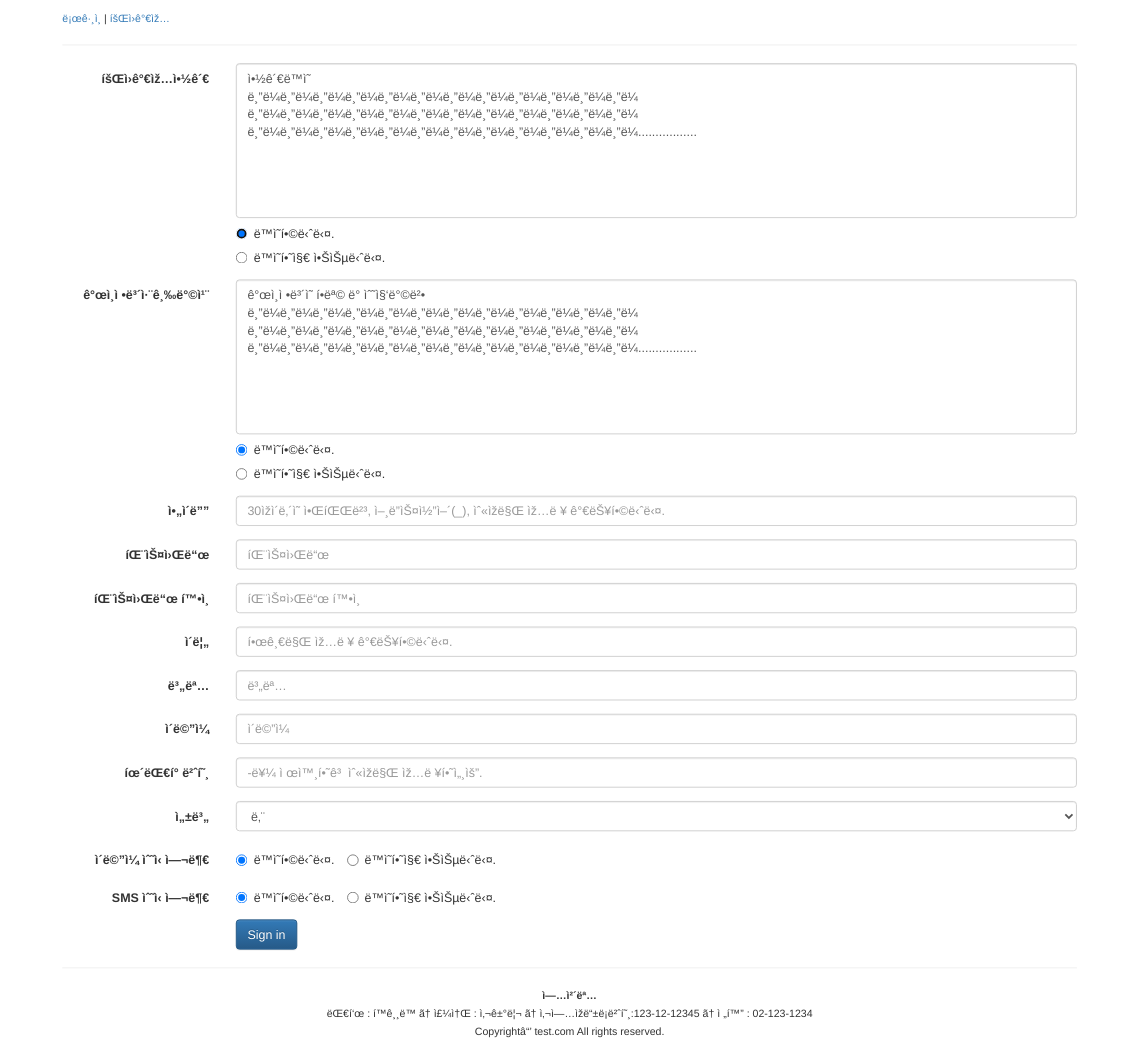
Repository: dlarnjsdud46/web_project
Page: http://localhost/web_project/WEB-INF/jsp/egovframework/example/join/join.jsp
The author's editor kept a copy of each file at every save. The page is drawn from the files as they stood at one save, then again after the next save.
The browser window is 1280 px wide. The pictures show the whole page, at 89% of full size.
The page is served by Tomcat 9. Nobody is signed in. Other server files are loaded and not shown. The template is opened directly, without the code that normally fills it, so the values that code supplies are empty.

Above is the page before, as saved 2021-08-17 08:47:54.

### workspace/web_project/src/main/webapp/WEB-INF/jsp/egovframework/example/join/join.jsp
<!DOCTYPE html>
<html lang="ko">
    <head>
        <meta charset="utf-8">
        <!-- meta name="viewport" content="width=device-width, initial-scale=1.0, minimum-scale=1.0, maximum-scale=1.0, user-scalable=0"/ -->
        <meta name="viewport" content="width=device-width, initial-scale=1.0">
        <title>회원가입</title>
        <!-- Bootstrap -->
        <!-- 합쳐지고 최소화된 최신 CSS -->
		<link rel="stylesheet" href="https://maxcdn.bootstrapcdn.com/bootstrap/3.3.2/css/bootstrap.min.css">
		<link href="/resources/image/icon/HalfLife.ico" rel="shortcuticon">
		<!-- 부가적인 테마 -->
		<link rel="stylesheet" href="https://maxcdn.bootstrapcdn.com/bootstrap/3.3.2/css/bootstrap-theme.min.css">
		<!-- jQuery (부트스트랩의 자바스크립트 플러그인을 위해 필요한) -->
        <script src="http://code.jquery.com/jquery.js"></script>
		<!-- 합쳐지고 최소화된 최신 자바스크립트 -->
		<script src="https://maxcdn.bootstrapcdn.com/bootstrap/3.3.2/js/bootstrap.min.js"></script>
    </head>
    <body>
        <div class="container"><!-- 좌우측의 공간 확보 -->
            <!-- 헤더 들어가는 부분 -->

            <div class="row">
                <p></p>
                <div class="col-md-12">
                    <small>
                    <a href="#">로그인</a> | <a href="#">회원가입</a>
                    </small>
                </div>
            </div>
            <!--// 헤더 들어가는 부분 -->
            <!-- 모달창 -->
            <div class="modal fade" id="defaultModal">
                <div class="modal-dialog">
                    <div class="modal-content">
                        <div class="modal-header">
                            <button type="button" class="close" data-dismiss="modal" aria-hidden="true">×</button>
                            <h4 class="modal-title">알림</h4>
                        </div>
                        <div class="modal-body">
                            <p class="modal-contents"></p>
                        </div>
                        <div class="modal-footer">
                            <button type="button" class="btn btn-default" data-dismiss="modal">닫기</button>
                        </div>
                    </div><!-- /.modal-content -->
                </div><!-- /.modal-dialog -->
            </div><!-- /.modal -->
            <!--// 모달창 -->
            <hr/>
            <!-- 본문 들어가는 부분 -->



            <form class="form-horizontal" role="form" method="post" action="javascript:alert( 'success!' );">
                <div class="form-group">
                    <label for="provision" class="col-lg-2 control-label">회원가입약관</label>
                    <div class="col-lg-10" id="provision">
                        <textarea class="form-control" rows="8" style="resize:none">약관동의
블라블라블라블라블라블라블라블라블라블라블라블라
블라블라블라블라블라블라블라블라블라블라블라블라
블라블라블라블라블라블라블라블라블라블라블라블라.................
                        </textarea>
                        <div class="radio">
                            <label>
                                <input type="radio" id="provisionYn" name="provisionYn" value="Y" autofocus="autofocus" checked>
                                동의합니다.
                            </label>
                        </div>
                        <div class="radio">
                            <label>
                                <input type="radio" id="provisionYn" name="provisionYn" value="N">
                                동의하지 않습니다.
                            </label>
                        </div>
                    </div>
                </div>
                <div class="form-group">
                    <label for="memberInfo" class="col-lg-2 control-label">개인정보취급방침</label>
                    <div class="col-lg-10" id="memberInfo">
                        <textarea class="form-control" rows="8" style="resize:none">개인정보의 항목 및 수집방법
블라블라블라블라블라블라블라블라블라블라블라블라
블라블라블라블라블라블라블라블라블라블라블라블라
블라블라블라블라블라블라블라블라블라블라블라블라.................
                        </textarea>
                        <div class="radio">
                            <label>
                                <input type="radio" id="memberInfoYn" name="memberInfoYn" value="Y" checked>
                                동의합니다.
                            </label>
                        </div>
                        <div class="radio">
                            <label>
                                <input type="radio" id="memberInfoYn" name="memberInfoYn" value="N">
                                동의하지 않습니다.
                            </label>
                        </div>
                    </div>
                </div>
                <div class="form-group" id="divId">
                    <label for="inputId" class="col-lg-2 control-label">아이디</label>
                    <div class="col-lg-10">
                        <input type="text" class="form-control onlyAlphabetAndNumber" id="id" data-rule-required="true" placeholder="30자이내의 알파벳, 언더스코어(_), 숫자만 입력 가능합니다." maxlength="30">
                    </div>
                </div>
                <div class="form-group" id="divPassword">
                    <label for="inputPassword" class="col-lg-2 control-label">패스워드</label>
                    <div class="col-lg-10">
                        <input type="password" class="form-control" id="password" name="excludeHangul" data-rule-required="true" placeholder="패스워드" maxlength="30">
                    </div>
                </div>
                <div class="form-group" id="divPasswordCheck">
                    <label for="inputPasswordCheck" class="col-lg-2 control-label">패스워드 확인</label>
                    <div class="col-lg-10">
                        <input type="password" class="form-control" id="passwordCheck" data-rule-required="true" placeholder="패스워드 확인" maxlength="30">
                    </div>
                </div>
                <div class="form-group" id="divName">
                    <label for="inputName" class="col-lg-2 control-label">이름</label>
                    <div class="col-lg-10">
                        <input type="text" class="form-control onlyHangul" id="name" data-rule-required="true" placeholder="한글만 입력 가능합니다." maxlength="15">
                    </div>
                </div>

                <div class="form-group" id="divNickname">
                    <label for="inputNickname" class="col-lg-2 control-label">별명</label>
                    <div class="col-lg-10">
                        <input type="text" class="form-control" id="nickname" data-rule-required="true" placeholder="별명" maxlength="15">
                    </div>
                </div>

                <div class="form-group" id="divEmail">
                    <label for="inputEmail" class="col-lg-2 control-label">이메일</label>
                    <div class="col-lg-10">
                        <input type="email" class="form-control" id="email" data-rule-required="true" placeholder="이메일" maxlength="40">
                    </div>
                </div>
                <div class="form-group" id="divPhoneNumber">
                    <label for="inputPhoneNumber" class="col-lg-2 control-label">휴대폰 번호</label>
                    <div class="col-lg-10">
                        <input type="tel" class="form-control onlyNumber" id="phoneNumber" data-rule-required="true" placeholder="-를 제외하고 숫자만 입력하세요." maxlength="11">
                    </div>
                </div>
                <div class="form-group">
                    <label for="inputPhoneNumber" class="col-lg-2 control-label">성별</label>
                    <div class="col-lg-10">
                        <select class="form-control" id="gender">
                            <option value="M">남</option>
                            <option value="F">여</option>
                        </select>
                    </div>
                </div>
                <div class="form-group">
                    <label for="inputEmailReceiveYn" class="col-lg-2 control-label">이메일 수신여부</label>
                    <div class="col-lg-10">
                        <label class="radio-inline">
                            <input type="radio" id="emailReceiveYn" name="emailReceiveYn" value="Y" checked> 동의합니다.
                        </label>
                        <label class="radio-inline">
                            <input type="radio" id="emailReceiveYn" name="emailReceiveYn" value="N"> 동의하지 않습니다.
                        </label>
                    </div>
                </div>
                <div class="form-group">
                    <label for="inputPhoneNumber" class="col-lg-2 control-label">SMS 수신여부</label>
                    <div class="col-lg-10">
                        <label class="radio-inline">
                            <input type="radio" id="smsReceiveYn" name="smsReceiveYn" value="Y" checked> 동의합니다.
                        </label>
                        <label class="radio-inline">
                            <input type="radio" id="smsReceiveYn" name="smsReceiveYn" value="N"> 동의하지 않습니다.
                        </label>
                    </div>
                </div>
                <div class="form-group">
                    <div class="col-lg-offset-2 col-lg-10">
                        <button type="submit" class="btn btn-primary">Sign in</button>
                    </div>
                </div>
            </form>


        <script>

            $(function(){
                //모달을 전역변수로 선언
                var modalContents = $(".modal-contents");
                var modal = $("#defaultModal");

                $('.onlyAlphabetAndNumber').keyup(function(event){
                    if (!(event.keyCode >=37 && event.keyCode<=40)) {
                        var inputVal = $(this).val();
                        $(this).val($(this).val().replace(/[^_a-z0-9]/gi,'')); //_(underscore), 영어, 숫자만 가능
                    }
                });

                $(".onlyHangul").keyup(function(event){
                    if (!(event.keyCode >=37 && event.keyCode<=40)) {
                        var inputVal = $(this).val();
                        $(this).val(inputVal.replace(/[a-z0-9]/gi,''));
                    }
                });

                $(".onlyNumber").keyup(function(event){
                    if (!(event.keyCode >=37 && event.keyCode<=40)) {
                        var inputVal = $(this).val();
                        $(this).val(inputVal.replace(/[^0-9]/gi,''));
                    }
                });

                //------- 검사하여 상태를 class에 적용
                $('#id').keyup(function(event){

                    var divId = $('#divId');

                    if($('#id').val()==""){
                        divId.removeClass("has-success");
                        divId.addClass("has-error");
                    }else{
                        divId.removeClass("has-error");
                        divId.addClass("has-success");
                    }
                });

                $('#password').keyup(function(event){

                    var divPassword = $('#divPassword');

                    if($('#password').val()==""){
                        divPassword.removeClass("has-success");
                        divPassword.addClass("has-error");
                    }else{
                        divPassword.removeClass("has-error");
                        divPassword.addClass("has-success");
                    }
                });

                $('#passwordCheck').keyup(function(event){

                    var passwordCheck = $('#passwordCheck').val();
                    var password = $('#password').val();
                    var divPasswordCheck = $('#divPasswordCheck');

                    if((passwordCheck=="") || (password!=passwordCheck)){
                        divPasswordCheck.removeClass("has-success");
                        divPasswordCheck.addClass("has-error");
                    }else{
                        divPasswordCheck.removeClass("has-error");
                        divPasswordCheck.addClass("has-success");
                    }
                });

                $('#name').keyup(function(event){

                    var divName = $('#divName');

                    if($.trim($('#name').val())==""){
                        divName.removeClass("has-success");
                        divName.addClass("has-error");
                    }else{
                        divName.removeClass("has-error");
                        divName.addClass("has-success");
                    }
                });

                $('#nickname').keyup(function(event){

                    var divNickname = $('#divNickname');

                    if($.trim($('#nickname').val())==""){
                        divNickname.removeClass("has-success");
                        divNickname.addClass("has-error");
                    }else{
                        divNickname.removeClass("has-error");
                        divNickname.addClass("has-success");
                    }
                });

                $('#email').keyup(function(event){

                    var divEmail = $('#divEmail');

                    if($.trim($('#email').val())==""){
                        divEmail.removeClass("has-success");
                        divEmail.addClass("has-error");
                    }else{
                        divEmail.removeClass("has-error");
                        divEmail.addClass("has-success");
                    }
                });

                $('#phoneNumber').keyup(function(event){

                    var divPhoneNumber = $('#divPhoneNumber');

                    if($.trim($('#phoneNumber').val())==""){
                        divPhoneNumber.removeClass("has-success");
                        divPhoneNumber.addClass("has-error");
                    }else{
                        divPhoneNumber.removeClass("has-error");
                        divPhoneNumber.addClass("has-success");
                    }
                });


                //------- validation 검사
                $( "form" ).submit(function( event ) {

                    var provision = $('#provision');
                    var memberInfo = $('#memberInfo');
                    var divId = $('#divId');
                    var divPassword = $('#divPassword');
                    var divPasswordCheck = $('#divPasswordCheck');
                    var divName = $('#divName');
                    var divNickname = $('#divNickname');
                    var divEmail = $('#divEmail');
                    var divPhoneNumber = $('#divPhoneNumber');

                    //회원가입약관
                    if($('#provisionYn:checked').val()=="N"){
                        modalContents.text("회원가입약관에 동의하여 주시기 바랍니다."); //모달 메시지 입력
                        modal.modal('show'); //모달 띄우기

                        provision.removeClass("has-success");
                        provision.addClass("has-error");
                        $('#provisionYn').focus();
                        return false;
                    }else{
                        provision.removeClass("has-error");
                        provision.addClass("has-success");
                    }

                    //개인정보취급방침
                    if($('#memberInfoYn:checked').val()=="N"){
                        modalContents.text("개인정보취급방침에 동의하여 주시기 바랍니다.");
                        modal.modal('show');

                        memberInfo.removeClass("has-success");
                        memberInfo.addClass("has-error");
                        $('#memberInfoYn').focus();
                        return false;
                    }else{
                        memberInfo.removeClass("has-error");
                        memberInfo.addClass("has-success");
                    }

                    //아이디 검사
                    if($('#id').val()==""){
                        modalContents.text("아이디를 입력하여 주시기 바랍니다.");
                        modal.modal('show');

                        divId.removeClass("has-success");
                        divId.addClass("has-error");
                        $('#id').focus();
                        return false;
                    }else{
                        divId.removeClass("has-error");
                        divId.addClass("has-success");
                    }

                    //패스워드 검사
                    if($('#password').val()==""){
                        modalContents.text("패스워드를 입력하여 주시기 바랍니다.");
                        modal.modal('show');

                        divPassword.removeClass("has-success");
                        divPassword.addClass("has-error");
                        $('#password').focus();
                        return false;
                    }else{
                        divPassword.removeClass("has-error");
                        divPassword.addClass("has-success");
                    }

                    //패스워드 확인
                    if($('#passwordCheck').val()==""){
                        modalContents.text("패스워드 확인을 입력하여 주시기 바랍니다.");
                        modal.modal('show');

                        divPasswordCheck.removeClass("has-success");
                        divPasswordCheck.addClass("has-error");
                        $('#passwordCheck').focus();
                        return false;
                    }else{
                        divPasswordCheck.removeClass("has-error");
                        divPasswordCheck.addClass("has-success");
                    }

                    //패스워드 비교
                    if($('#password').val()!=$('#passwordCheck').val() || $('#passwordCheck').val()==""){
                        modalContents.text("패스워드가 일치하지 않습니다.");
                        modal.modal('show');

                        divPasswordCheck.removeClass("has-success");
                        divPasswordCheck.addClass("has-error");
                        $('#passwordCheck').focus();
                        return false;
                    }else{
                        divPasswordCheck.removeClass("has-error");
                        divPasswordCheck.addClass("has-success");
                    }

                    //이름
                    if($('#name').val()==""){
                        modalContents.text("이름을 입력하여 주시기 바랍니다.");
                        modal.modal('show');

                        divName.removeClass("has-success");
                        divName.addClass("has-error");
                        $('#name').focus();
                        return false;
                    }else{
                        divName.removeClass("has-error");
                        divName.addClass("has-success");
                    }

                    //별명
                    if($('#nickname').val()==""){
                        modalContents.text("별명을 입력하여 주시기 바랍니다.");
                        modal.modal('show');

                        divNickname.removeClass("has-success");
                        divNickname.addClass("has-error");
                        $('#nickname').focus();
                        return false;
                    }else{
                        divNickname.removeClass("has-error");
                        divNickname.addClass("has-success");
                    }

                    //이메일
                    if($('#email').val()==""){
                        modalContents.text("이메일을 입력하여 주시기 바랍니다.");
                        modal.modal('show');

                        divEmail.removeClass("has-success");
                        divEmail.addClass("has-error");
                        $('#email').focus();
                        return false;
                    }else{
                        divEmail.removeClass("has-error");
                        divEmail.addClass("has-success");
                    }

                    //휴대폰 번호
                    if($('#phoneNumber').val()==""){
                        modalContents.text("휴대폰 번호를 입력하여 주시기 바랍니다.");
                        modal.modal('show');

                        divPhoneNumber.removeClass("has-success");
                        divPhoneNumber.addClass("has-error");
                        $('#phoneNumber').focus();
                        return false;
                    }else{
                        divPhoneNumber.removeClass("has-error");
                        divPhoneNumber.addClass("has-success");
                    }


                });

            });

        </script>
                <!--// 본문 들어가는 부분 -->
            <hr/>
            <!-- 푸터 들어가는 부분 -->

            <div>
                <p class="text-center">
                    <small><strong>업체명</strong></small><br>
                    <small>대표 : 홍길동 ㆍ 주소 :  사거리 ㆍ 사업자등록번호:123-12-12345 ㆍ 전화 : 02-123-1234</small><br>
                    <small>Copyrightⓒ test.com All rights reserved.</small>
                </p>
            </div>
            <!--// 푸터 들어가는 부분 -->
        </div>
    </body>
</html>

After the next save:
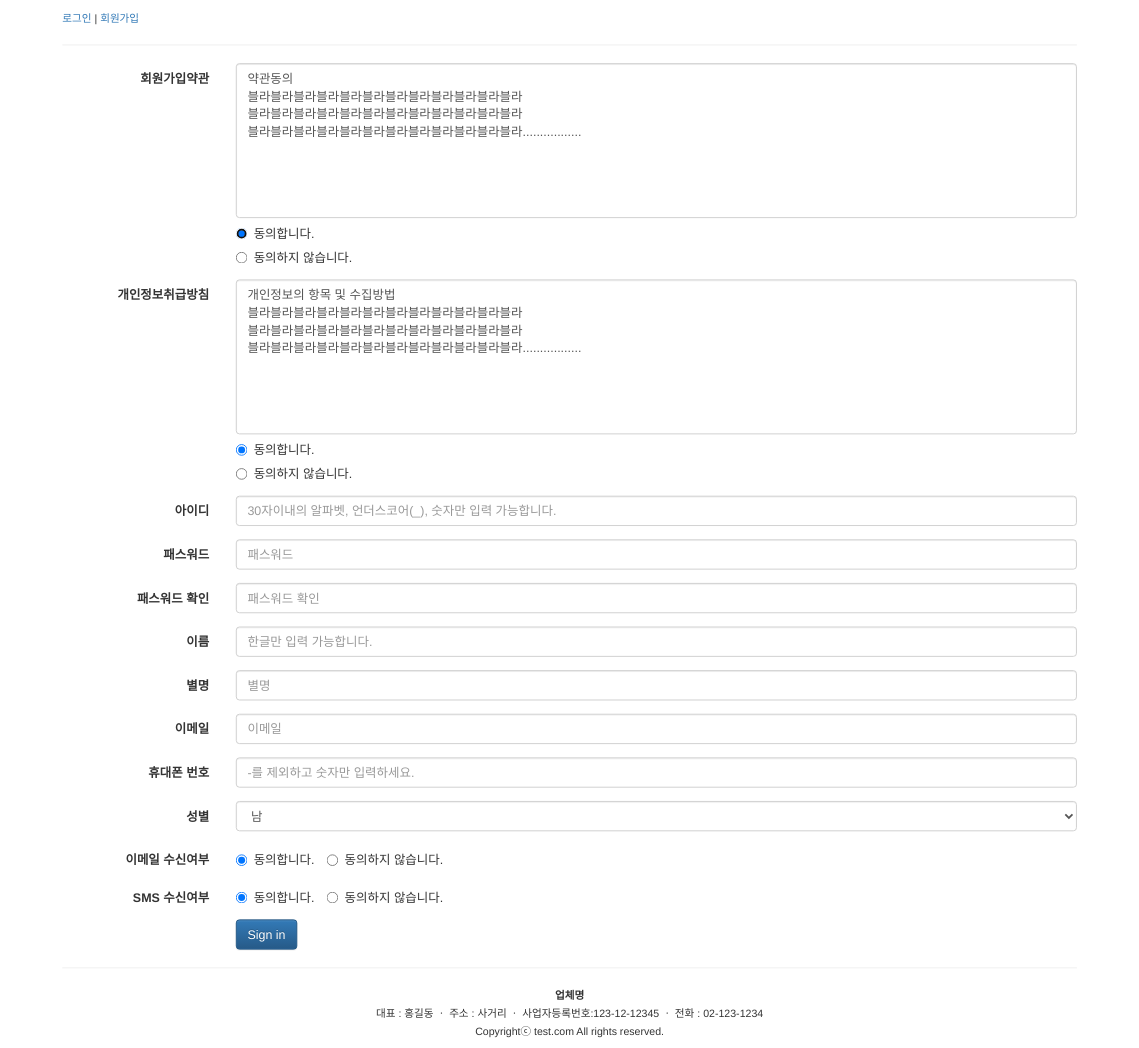
Saved 114 s later.
--- a/workspace/web_project/src/main/webapp/WEB-INF/jsp/egovframework/example/join/join.jsp
+++ b/workspace/web_project/src/main/webapp/WEB-INF/jsp/egovframework/example/join/join.jsp
@@ -1,3 +1,4 @@
+<%@ page language="java" contentType="text/html; charset=UTF-8" pageEncoding="UTF-8"%>
 <!DOCTYPE html>
 <html lang="ko">
     <head>
